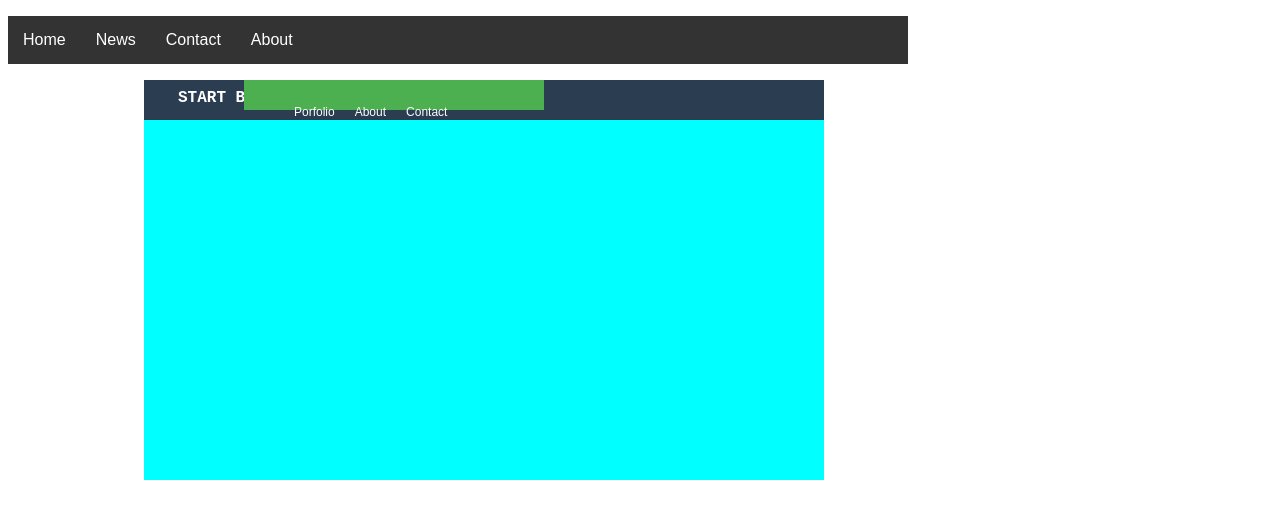
Repository: LongNguyen2504/T3H-FrondEnd
Page: Lesson3_CSS_HomeWork3.html
These files come from the project's save history. The page is drawn as it stood at one moment and after the next save; the edit follows.
The browser window is 1280 px wide. The pictures show the whole page.

Above is the page before, as saved 2021-12-01 22:49:29.

After the next save:
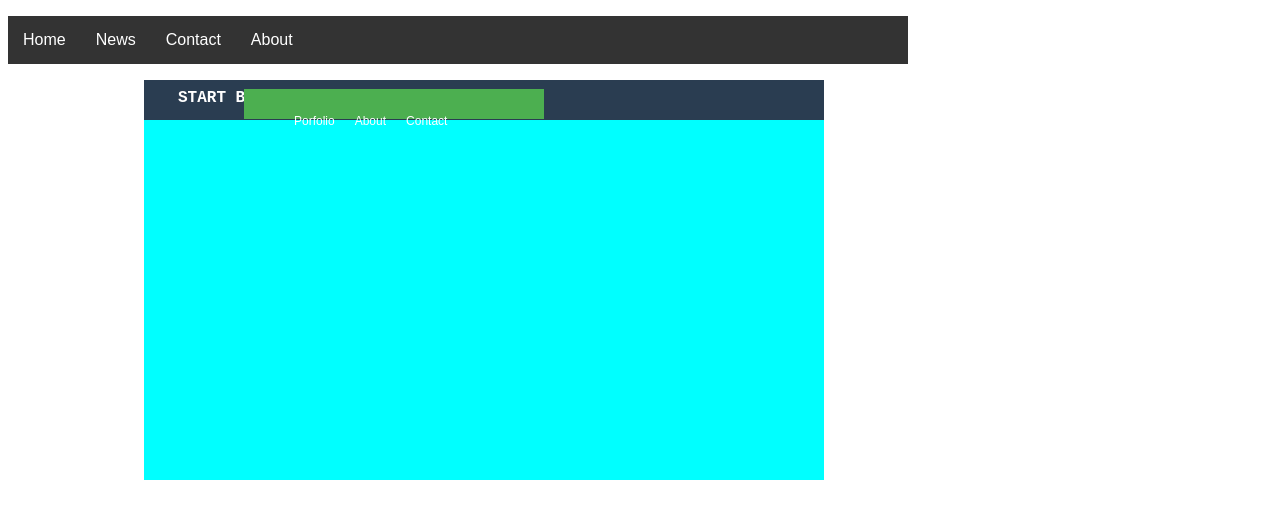
Saved 43 s later.
--- a/Lesson3_CSS_HomeWork3.css
+++ b/Lesson3_CSS_HomeWork3.css
@@ -45,6 +45,7 @@ div.menu-bootstrap-content2{
     left: 100px;
     background-color: #4caf50;
     font-size: 15px;
+    top: 9px;
 }
 ul.ul-menu{
     list-style-type: none;
